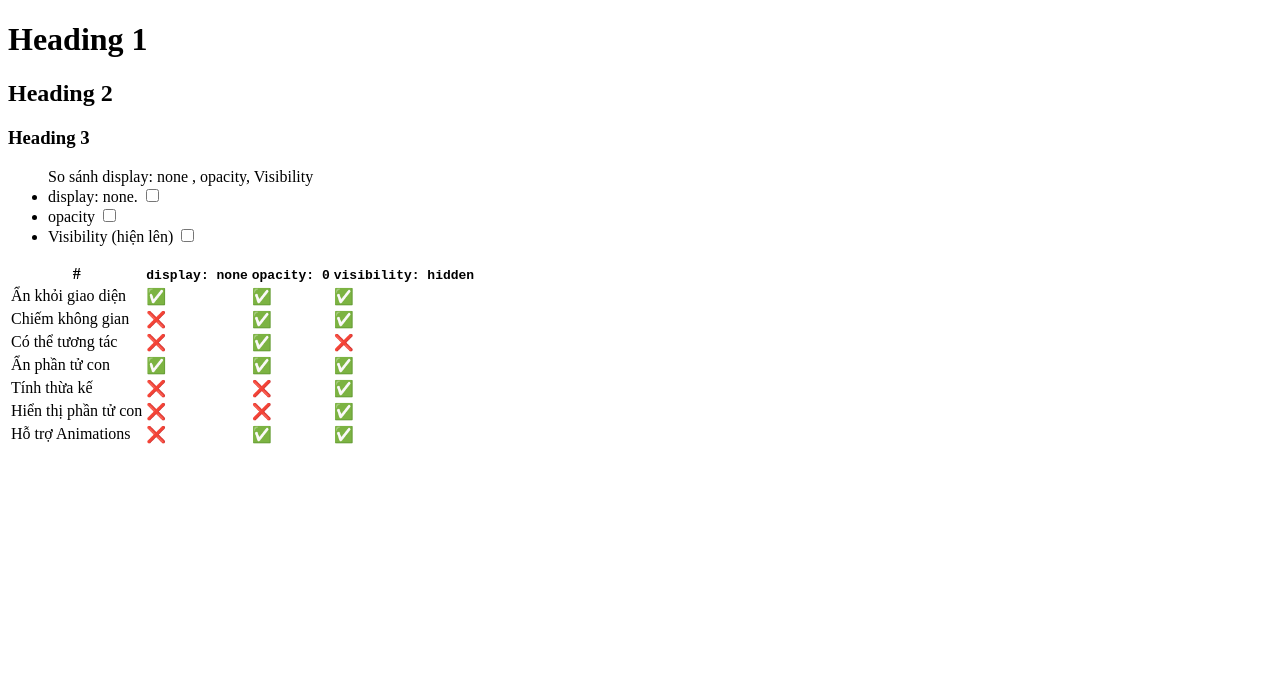
Repository: phanvu0103/HTML-CSS
Page: CSS_23_Thẻ-Inline_và_Thẻ_block/07_So-sánh-display-opacity-và-visibility/index.html
The author's editor kept a copy of each file at every save. The page is drawn from the files as they stood at one save, then again after the next save.
The browser window is 1280 px wide. The pictures show the whole page.

Above is the page before, as saved 2022-10-18 13:44:56.

After the next save:
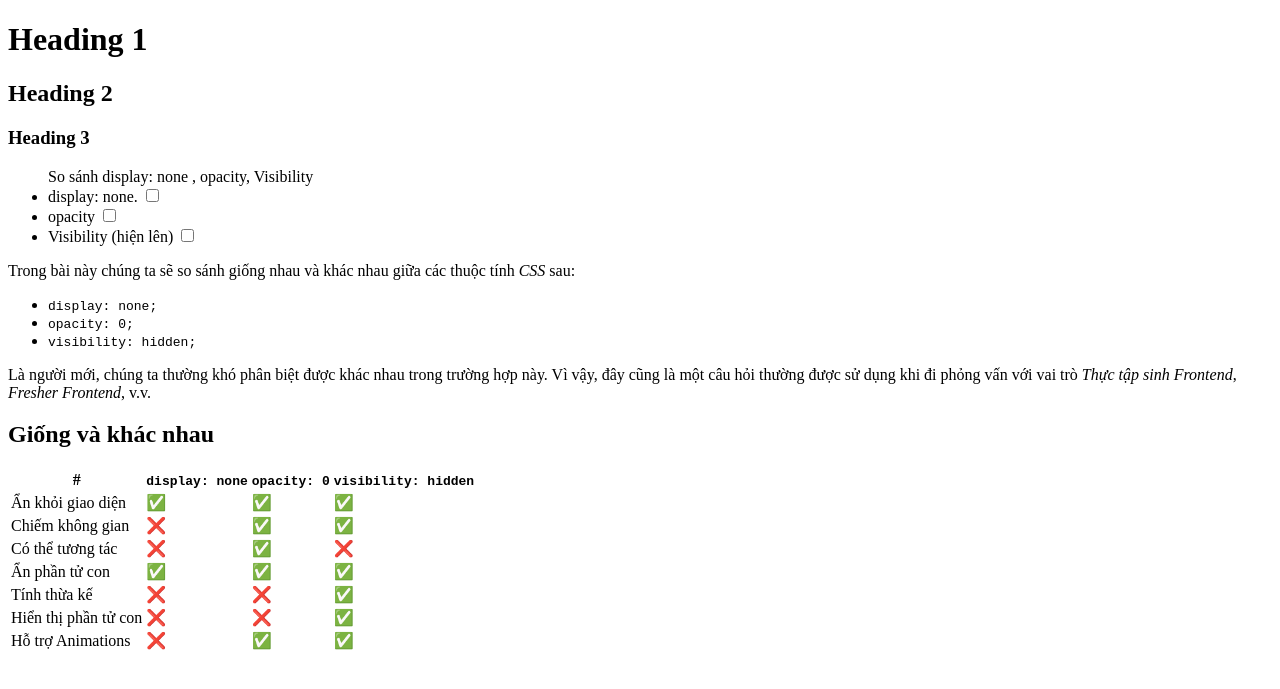
Saved 24 s later.
--- a/CSS_23_Thẻ-Inline_và_Thẻ_block/07_So-sánh-display-opacity-và-visibility/index.html
+++ b/CSS_23_Thẻ-Inline_và_Thẻ_block/07_So-sánh-display-opacity-và-visibility/index.html
@@ -26,59 +26,87 @@
         <input type="checkbox" />
       </li>
     </ul>
-    <table>
-      <thead>
-        <tr>
-          <th>#</th>
-          <th><code>display: none</code></th>
-          <th><code>opacity: 0</code></th>
-          <th><code>visibility: hidden</code></th>
-        </tr>
-      </thead>
-      <tbody>
-        <tr>
-          <td>Ẩn khỏi giao diện</td>
-          <td>✅</td>
-          <td>✅</td>
-          <td>✅</td>
-        </tr>
-        <tr>
-          <td>Chiếm không gian</td>
-          <td>❌</td>
-          <td>✅</td>
-          <td>✅</td>
-        </tr>
-        <tr>
-          <td>Có thể tương tác</td>
-          <td>❌</td>
-          <td>✅</td>
-          <td>❌</td>
-        </tr>
-        <tr>
-          <td>Ẩn phần tử con</td>
-          <td>✅</td>
-          <td>✅</td>
-          <td>✅</td>
-        </tr>
-        <tr>
-          <td>Tính thừa kế</td>
-          <td>❌</td>
-          <td>❌</td>
-          <td>✅</td>
-        </tr>
-        <tr>
-          <td>Hiển thị phần tử con</td>
-          <td>❌</td>
-          <td>❌</td>
-          <td>✅</td>
-        </tr>
-        <tr>
-          <td>Hỗ trợ Animations</td>
-          <td>❌</td>
-          <td>✅</td>
-          <td>✅</td>
-        </tr>
-      </tbody>
-    </table>
+    <div
+      id="video-content"
+      class="app-text-content auto-generate-headings"
+      style="
+        --font-size: 1.6rem;
+        --line-height: 1.8;
+        --margin-paragraph: 1em 0;
+        --marginParagraph: 1em 0;
+      "
+    >
+      <!--?lit$4230321344$-->
+      <p class="img-caption">
+        Trong bài này chúng ta sẽ so sánh giống nhau và khác nhau giữa các thuộc
+        tính <em>CSS</em> sau:
+      </p>
+      <ul>
+        <li><code>display: none;</code></li>
+        <li><code>opacity: 0;</code></li>
+        <li><code>visibility: hidden;</code></li>
+      </ul>
+      <p class="img-caption">
+        Là người mới, chúng ta thường khó phân biệt được khác nhau trong trường
+        hợp này. Vì vậy, đây cũng là một câu hỏi thường được sử dụng khi đi
+        phỏng vấn với vai trò <em>Thực tập sinh Frontend</em>,
+        <em>Fresher Frontend</em>, v.v.
+      </p>
+      <h2>Giống và khác nhau</h2>
+      <table>
+        <thead>
+          <tr>
+            <th>#</th>
+            <th><code>display: none</code></th>
+            <th><code>opacity: 0</code></th>
+            <th><code>visibility: hidden</code></th>
+          </tr>
+        </thead>
+        <tbody>
+          <tr>
+            <td>Ẩn khỏi giao diện</td>
+            <td>✅</td>
+            <td>✅</td>
+            <td>✅</td>
+          </tr>
+          <tr>
+            <td>Chiếm không gian</td>
+            <td>❌</td>
+            <td>✅</td>
+            <td>✅</td>
+          </tr>
+          <tr>
+            <td>Có thể tương tác</td>
+            <td>❌</td>
+            <td>✅</td>
+            <td>❌</td>
+          </tr>
+          <tr>
+            <td>Ẩn phần tử con</td>
+            <td>✅</td>
+            <td>✅</td>
+            <td>✅</td>
+          </tr>
+          <tr>
+            <td>Tính thừa kế</td>
+            <td>❌</td>
+            <td>❌</td>
+            <td>✅</td>
+          </tr>
+          <tr>
+            <td>Hiển thị phần tử con</td>
+            <td>❌</td>
+            <td>❌</td>
+            <td>✅</td>
+          </tr>
+          <tr>
+            <td>Hỗ trợ Animations</td>
+            <td>❌</td>
+            <td>✅</td>
+            <td>✅</td>
+          </tr>
+        </tbody>
+      </table>
+    </div>
   </body>
 </html>
